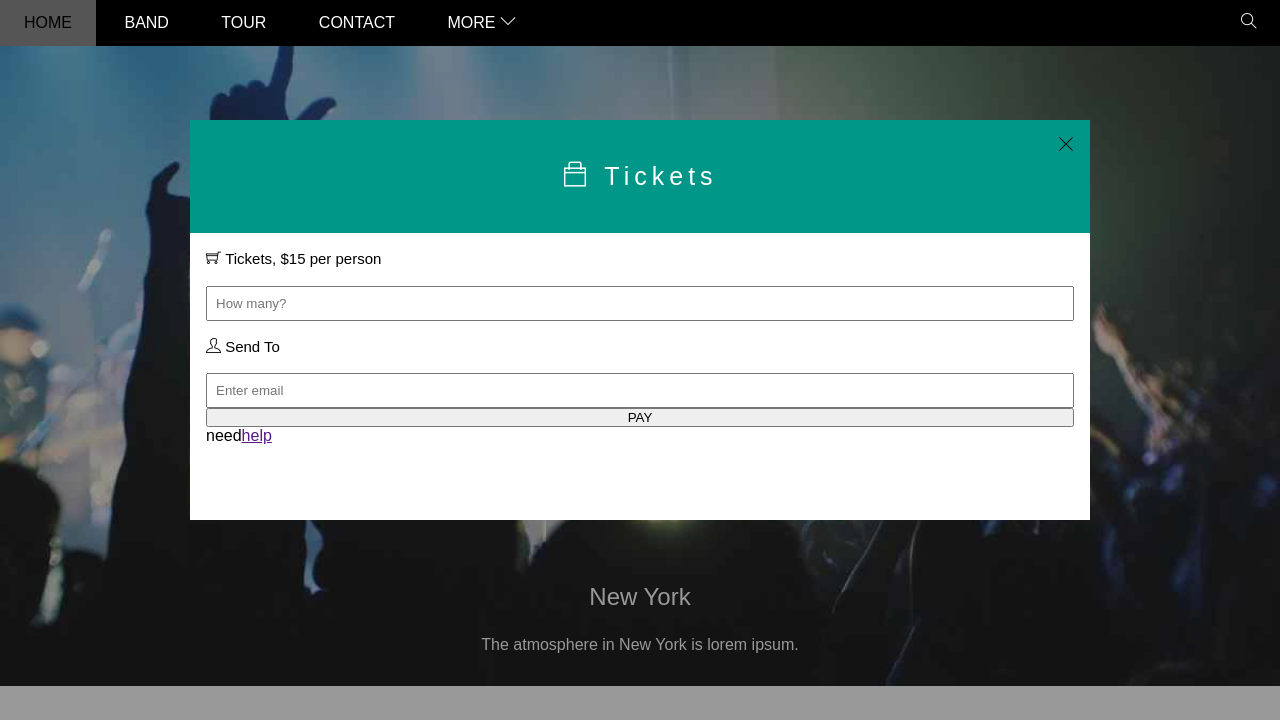
Repository: tung1233hhhhhhhhhhhhh/Website
Page: w3_band/index.html
The author's editor kept a copy of each file at every save. The page is drawn from the files as they stood at one save, then again after the next save.
The browser window is 1280 px wide. The pictures show the window.
A layer covers the whole window, so only the first screen is drawn.

Above is the page before, as saved 2023-02-18 21:43:00.

### w3_band/index.html
<!DOCTYPE html>
<html lang="en">

<head>
    <meta charset="UTF-8">
    <meta http-equiv="X-UA-Compatible" content="IE=edge">
    <meta name="viewport" content="width=device-width, initial-scale=1.0">
    <title>Document</title>
    <link rel="stylesheet" href="./assets/css/style.css">
    <link rel="stylesheet" href="/w3_band/assets/fonts/themify-icons/themify-icons.css">
    <link rel="stylesheet" href="./modal.js">
</head>

<body>
    <div id="main">
        <div id="header">
            <div id="nav">
                <ul>
                    <li><a href="">Home</a></li>
                    <li><a href="">Band</a></li>
                    <li><a href="">Tour</a></li>
                    <li><a href="">Contact</a></li>
                    <li class="icon">
                        <a href="">
                            More
                            <i class="ti-angle-down"></i>
                        </a>
                        <div class="subnav">
                            <ul>
                                <li><a href="">Merchandise</a></li>
                                <li><a href="">Extras</a></li>
                                <li><a href="">Media</a></li>
                            </ul>
                        </div>
                    </li>
                </ul>
                <div class="icon-search">
                    <i class="ti-search"></i>
                </div>
            </div>
        </div>

        <div id="slider">
            <div class="silder-content">
                <h2 class="silder-heading">New York</h2>
                <p class="silder-discreption">The atmosphere in New York is lorem ipsum.</p>
            </div>
        </div>

        <div id="content">
            <!-- about content -->
            <div class="content-selection">
                <h2 class="text-heading">THE BAND</h2>
                <p class="text-sub-heading">We love music</p>
                <p class="text-content">
                    We have created a fictional band website. Lorem ipsum dolor sit amet, consectetur adipiscing elit,
                    sed do eiusmod tempor incididunt ut labore et dolore magna aliqua. Ut enim ad minim veniam, quis
                    nostrud exercitation ullamco laboris nisi ut aliquip ex ea commodo consequat. Duis aute irure dolor
                    in reprehenderit in voluptate velit esse cillum dolore eu fugiat nulla pariatur. Excepteur sint
                    occaecat cupidatat non proident, sunt in culpa qui officia deserunt mollit anim id est laborum
                    consectetur adipiscing elit, sed do eiusmod tempor incididunt ut labore et dolore magna aliqua. Ut
                    enim ad minim veniam, quis nostrud exercitation ullamco laboris nisi ut aliquip ex ea commodo
                    consequat.
                </p>
                <!-- img -->
                <div class="team-selection">
                    <div class="sub-selection">
                        <p class="text-selection">Team</p>
                        <img src="/w3_band/assets/img/name.jpg" alt="" class="img-selection">
                    </div>

                    <div class="sub-selection">
                        <p class="text-selection">Team</p>
                        <img src="/w3_band/assets/img/name.jpg" alt="" class="img-selection">
                    </div>

                    <div class="sub-selection">
                        <p class="text-selection">Team</p>
                        <img src="/w3_band/assets/img/name.jpg" alt="" class="img-selection">
                    </div>
                </div>
            </div>

            <!-- tour content -->

            <div class="content-tour">
                <div class="tour-body">
                    <div class="content-selection">
                        <h2 class="text-heading">TOUR DATES</h2>
                        <p class="text-sub-heading">Remember to book your tickets!</p>
                    </div>

                    <ul class="tour-text">
                        <li>
                            September
                            <span>Sold out</span>
                        </li>
                        <li>
                            October
                            <span>Sold out</span>
                        </li>
                        <li>
                            November
                            <span class="number">3</span>
                        </li>
                    </ul>

                    <div class="tour-list">
                        <div class="tourimg-selection">
                            <img src="/w3_band/assets/img/anh1.jpg" alt="">
                            <div class="container">
                                <p>
                                    <b>New York</b>
                                </p>
                                <p style="opacity: 0.6;">Fri 27 Nov 2016</p>
                                <p>Praesent tincidunt sed tellus ut rutrum sed vitae justo.</p>
                                <button> Buy Tickets</button>
                            </div>


                        </div>
                        <div class="tourimg-selection">
                            <img src="/w3_band/assets/img/anh2.jpg" alt="">
                            <div class="container">
                                <p>
                                    <b>Paris</b>
                                </p>
                                <p style="opacity: 0.6;">Sat 28 Nov 2016</p>
                                <p>Praesent tincidunt sed tellus ut rutrum sed vitae justo.</p>
                                <button> Buy Tickets</button>
                            </div>
                        </div>
                        <div class="tourimg-selection">
                            <img src="/w3_band/assets/img/anh3.jpg" alt="">
                            <div class="container">
                                <p>
                                    <b>San Francisco</b>
                                </p>
                                <p style="opacity: 0.6;">Sun 29 Nov 2016</p>
                                <p>Praesent tincidunt sed tellus ut rutrum sed vitae justo.</p>
                                <button> Buy Tickets</button>
                            </div>
                        </div>
                    </div>
                </div>
            </div>

            <!-- contact content -->

            <div class="contact-content">
                <div class="content-selection">
                    <h2 class="text-heading">CONTACT</h2>
                    <p class="text-sub-heading">Fan? Drop a note!</p>
                    <div class="contact">
                        <div class="contact-left">
                            <i class="ti-location-pin"></i>
                            Chicago, US
                            <br>
                            <i class="ti-mobile"></i>
                            Phone: +00 151515
                            <br>
                            <i class="ti-email"></i>
                            Email: mail@mail.com
                        </div>
                        <div class="contact-right">
                            <form action="">
                                <div class="account">
                                    <input type="text" placeholder="Name">
                                    <input type="text" placeholder="Email">
                                </div>
                                <input class="mes" type="text" placeholder="Message">
                                <button>SEND</button>
                            </form>
                        </div>
                    </div>
                </div>

            </div>

            <!-- image of location/map -->

            <div class="banner-image">
                <img src="/w3_band/assets/img/map.jpg" alt="">

            </div>


        </div>

        <div id="footer">
            <i class="ti-facebook"></i>
            <i class="ti-instagram"></i>
            <i class="ti-vimeo-alt"></i>
            <i class="ti-pinterest"></i>
            <i class="ti-twitter-alt"></i>
            <i class="ti-linkedin"></i>
            <p>Powered by <a href="">w3.css</a></p>
        </div>
    </div>
    <div class="modal">
        <div class="modal-container">
            <div class="modal-close">
                <i class="ti-close"></i>
            </div>
            <header>
                <i class="ti-bag"></i>
                Tickets

            </header>
            <div class="modal-body">
                <label for="" class="modal-lable">
                    <i class="ti-shopping-cart"></i>
                    Tickets, $15 per person
                </label>
                <input type="text" class="input-lable" placeholder="How many?">
                <label for="" class="modal-lable">
                    <i class="ti-user"></i>
                    Send To
                </label>
                <input type="text" class="input-lable" placeholder="Enter email">
                <button class="modal-button">PAY</button>
                <p>need<a href="">help</a></p>
            </div>

        </div>
    </div>


</body>

</html>

### w3_band/assets/css/style.css
* {
    padding: 0;
    margin: 0;
    box-sizing: border-box;
}

html {
    font-family: Arial, Helvetica, sans-serif;
}

#main {}

#header {
    height: 46px;
    background-color: #000;
    position: fixed;
    top: 0;
    right: 0;
    left: 0;
    z-index: 1;
}

#nav li {
    display: inline-block;
    position: relative;
}

#nav li:hover .subnav {
    display: block;
}

#nav>ul>li:hover>a>i,
#nav .subnav li:hover,
#nav>ul>li:hover>a {
    color: #000;
    background-color: #555;
}

#nav .subnav {
    display: none;
    position: absolute;
    background-color: #FFF;
    box-shadow: 0 0 20px rgba(0, 0, 0, 0.4);
}

#nav .subnav a {
    color: #000;
    padding: 0 12px;
    line-height: 38px;
}

#nav .subnav ul li {
    display: block;
    min-width: 150px;
}

#nav>ul>li>a {
    color: #fff;
    text-transform: uppercase;
}

#nav ul {
    display: inline-block;
}

#nav li a {
    text-decoration: none;
    line-height: 46px;
    padding: 0 24px;
    display: block;
}

#nav i {
    color: #fff;
    width: 20px;
}

#header .icon-search {
    display: block;
    float: right;
    line-height: 46px;
    padding: 0 23px;
}

#header .icon-search:hover {
    cursor: pointer;
    background-color: #f44336;
}

#slider {
    margin-top: 46px;
    padding-top: 50%;
    background: url(/w3_band/assets/img/ny.jpg) top center / cover no-repeat;
    position: relative;
}

.silder-content {
    position: absolute;
    bottom: 0;
    color: #fff;
    padding-bottom: 32px;
    text-align: center;
    width: 100%;
}

.silder-heading {
    font-weight: 500;
}

.silder-discreption {
    margin-top: 25px;
}

#content {}

#content .content-selection {
    padding: 64px 0px;
    margin-left: auto;
    margin-right: auto;
    width: 800px;
}

#content .content-selection .text-heading {
    text-align: center;
    font-size: 30px;
    font-weight: 500;
    letter-spacing: 4px;
}

#content .content-selection .text-sub-heading {
    text-align: center;
    font-size: 15px;
    margin-top: 25px;
    opacity: 0.6;
    font-style: italic;
}

#content .content-selection .text-content {
    font-size: 15px;
    margin-top: 25px;
    text-align: justify;
    line-height: 1.4;
}

#content .content-selection .team-selection {
    padding-top: 47px;
    padding-bottom: 32px;
    justify-items: space-between;
}

#content .team-selection .sub-selection {
    display: inline-block;
    text-align: center;
}

#content .sub-selection p {
    margin: 15px 0;
}



#content .team-selection .img-selection {
    width: 60%;
    border-radius: 4px;
    margin-bottom: 16px;
}

/* tour content  */


#content .content-tour {
    height: 850px;
    background-color: #000;
    color: #fff;
}

#content .content-tour .tour-body {
    width: 800px;
    margin-left: auto;
    margin-right: auto;
}

#content .content-tour .tour-text {
    background-color: #FFF;
    display: block;
    color: #000;
}

#content .tour-text>li {
    height: 22, 5px;
    padding: 8px 16px;
    list-style: none;
}

#content .tour-text>li:first-child {
    border-bottom: 1px solid #999;
}

#content .tour-text>li:last-child {
    border-top: 1px solid #999;
}

#content .tour-text span {
    /* border-radius: 4px; */
    display: inline-block;
    background-color: red;
    padding: 4px;
    margin-left: 4px;
    color: #fff;
}

#content .tour-text .number {
    /* margin-left: 50px; */
    background-color: black;
    float: right;
    border-radius: 50%;
    margin-top: -3px;
}

#content .tour-list {
    padding: 32px 0;
    right: 0;
    left: 0;
    margin: 0 -8px;
    position: relative;
}

#content .tourimg-selection {
    width: 33.33333%;
    float: left;
    padding: 0 8px;
    justify-content: space-between;
}

#content .tourimg-selection .container {
    /* text-align: center; */
    background-color: #fff;
    color: #000;
    height: 204px;
    padding-left: 16px;
    font-size: 15px;
    line-height: 1.5;
    margin-top: -4px;
    margin-bottom: 15px;
}



#content .tourimg-selection .container>p {
    padding-top: 15px;
}

#content .tourimg-selection .container button {
    color: #fff;
    background-color: #000;
    margin-top: 15px;
    text-align: center;
    cursor: pointer;
    white-space: nowrap;
    border: none;
    display: inline-block;
    padding: 8px 16px;
    vertical-align: middle;
    overflow: hidden;
    text-decoration: none;
}

#content .container button:hover {
    background-color: #ccc;
    color: #000;
}

#content .tourimg-selection img {
    width: 100%;
    background-image: cover;
}

/* contact content */


#content .contact-content {
    padding: 45px 0;
}

#content .contact {
    padding-top: 47px;
    padding-bottom: 32px;
}

#content .contact .contact-left {
    width: 49%;
    display: inline-block;
    font-size: 18px;
}

#content .contact .contact-left i {
    display: inline-block;
    font-size: inherit;
    width: 30px;
    line-height: 1.5;
}

#content .contact .contact-right {
    width: 49%;
    /* display: inline-block; */
    float: right;
}


.contact .contact-right form {
    width: 400px;
    position: relative;
    display: inline-block
}

.contact .contact-right form .account {
    margin-bottom: 10px;
}

.contact .contact-right .account input {
    padding: 8px;
    margin-right: 16px;
}

.contact .contact-right form .mes {
    width: 95.7%;
    padding: 8px;
}

.contact .contact-right form button {
    /* position: absolute; */
    margin: 16px 0;
    padding: 8px 16px;
    margin-left: 309px;
    background-color: black;
    color: #fff;
}

.contact .contact-right form button:hover {
    cursor: pointer;
    background-color: #ccc;
    color: black;
    border: none;
}

/* image of location/map */

.banner-image img {
    width: 100%;
    filter: grayscale(50%);
}

#content {}


#footer {
    padding: 64px 16px;
    text-align: center;
    justify-content: center;
    opacity: 0.6;
}

#footer p {
    margin: 30px 0;
    display: block;
    font-size: 15px;
}

#footer i {
    font-size: 25px;

    display: inline-block;
    text-rendering: auto;
}


.modal {
    position: fixed;
    top: 0;
    left: 0;
    right: 0;
    bottom: 0;

    background-color: rgba(0, 0, 0, 0.4);
}

.modal .modal-container {
    width: 900px;
    height: 400px;
    background-color: #FFF;
    margin: 0 auto;
    transform: translateY(30%);
    position: relative;
}

.modal .modal-container .modal-close {
    position: absolute;
    right: 0;
    padding: 16px;
}

.modal .modal-container .modal-close:hover {
    cursor: pointer;
    background-color: #ccc;
    color: black;
}

.modal header {
    width: 900px;
    padding: 42px 16px;
    background-color: #009688;
    font-size: 25px;
    color: #FFF;
    letter-spacing: 5px;
    text-align: center;
    align-items: center;
}

.modal .modal-body {
    width: 100%;
    padding: 0 16px;
}

.modal .modal-body .modal-lable {
    display: block;
    margin-top: 15px;
    margin-bottom: 15px;
    font-size: 15px;
    line-height: 1.5;
}

.modal .modal-body .input-lable {
    width: 100%;
    padding: 8px;
}

.modal .modal-body .modal-button {
    width: 100%;
}

Loaded but not shown: w3_band/assets/fonts/themify-icons/themify-icons.css (common file); w3_band/modal.js (no stored copy; drawn as an empty file)

After the next save:
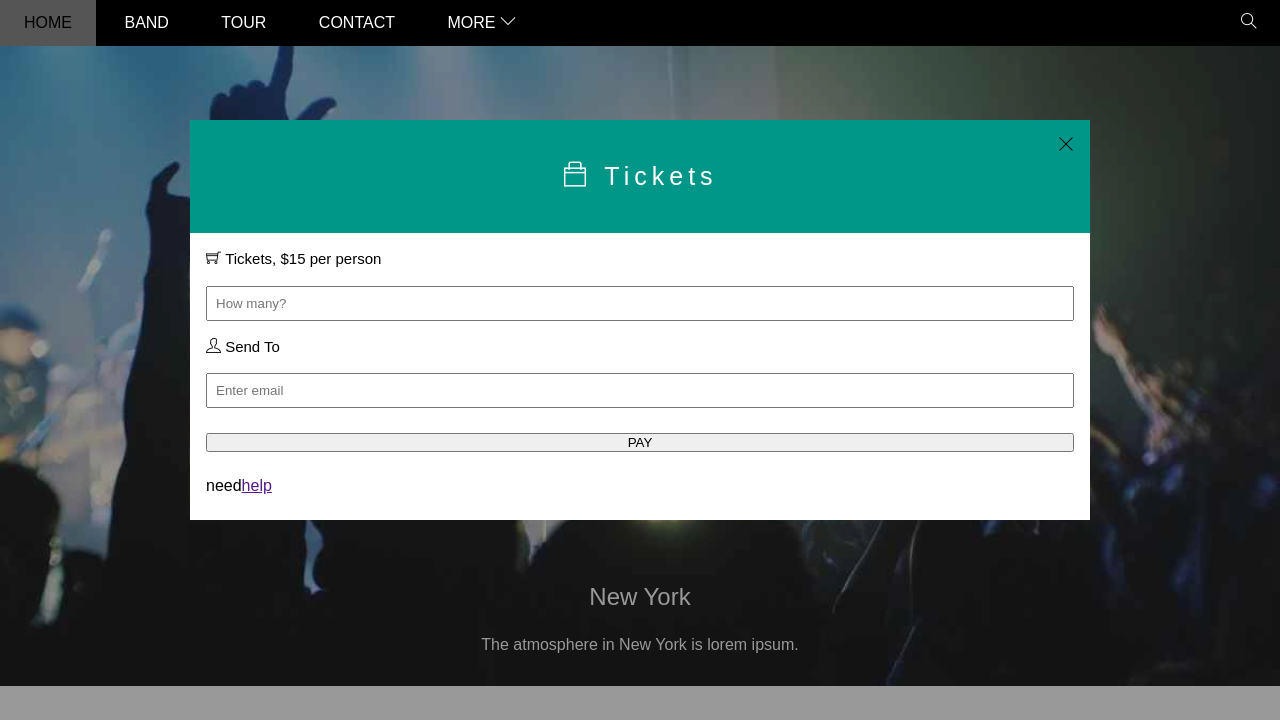
Saved 9 s later.
--- a/w3_band/assets/css/style.css
+++ b/w3_band/assets/css/style.css
@@ -436,4 +436,6 @@
 
 .modal .modal-body .modal-button {
     width: 100%;
-}
+    margin-top: 25px;
+    margin-bottom: 25px;
+}

After the save that followed:
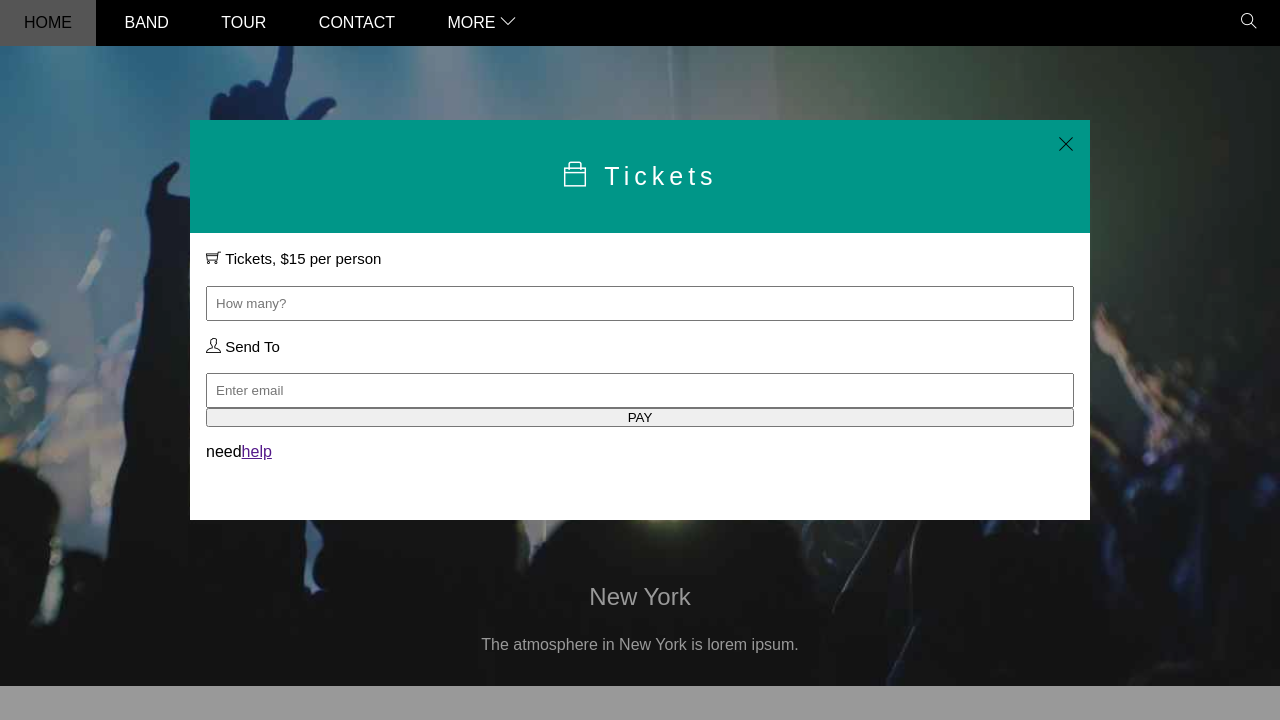
Saved 24 s later.
--- a/w3_band/assets/css/style.css
+++ b/w3_band/assets/css/style.css
@@ -436,6 +436,7 @@
 
 .modal .modal-body .modal-button {
     width: 100%;
-    margin-top: 25px;
-    margin-bottom: 25px;
-}
+    margin: top 16px;
+    ;
+    margin-bottom: 16px;
+}
